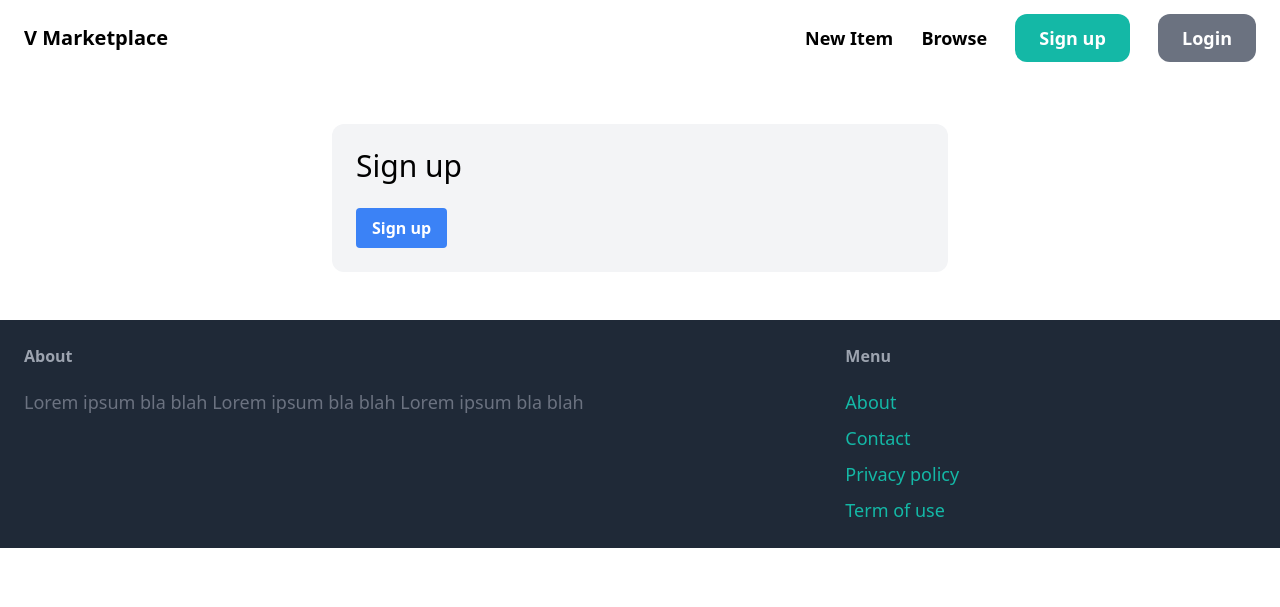
Repository: venu-369/marketplace_django
Page: marketplace/core/templates/core/signup.html
These files come from the project's save history. The page is drawn as it stood at one moment and after the next save; the edit follows.
The browser window is 1280 px wide. The pictures show the whole page.
Some web libraries are served in a nearby version. The template is drawn by Django 4.2. The application's start-up code is not run. Other server files are loaded and not shown. The template is opened directly, without the code that normally fills it, so the values that code supplies are empty.

Above is the page before, as saved 2023-02-06 15:54:02.

### marketplace/core/templates/core/signup.html
{% extends 'core/base.html' %}

{% block title %}Sign up{% endblock %}

{% block content %}
<div class="w-1/2 my-6 mx-auto p-6 bg-gray-100 rounded-xl">
    <h1 class="mb-6 text-3xl">Sign up </h1>

    <form method="post" action=".">
        {% csrf_token %}
        {{ form.as_p }}
        <button type="submit" class="bg-blue-500 hover:bg-blue-700 text-white font-bold py-2 px-4 rounded">Sign up</button>
    </form>
</div>
{% endblock %}

### marketplace/core/templates/core/base.html
<!doctype html>


<html>
    <head>
        <meta charset="utf-8">
        <meta name= "viewport" content="width=device-width, initial-scale=1">

        <script src="https://cdn.tailwindcss.com"></script>

        <title>{% block title %}{% endblock %} | V Marketplace</title>
    </head>

    <body>
        <nav class="py-6 px-6 flex justify-between items-center boreder-b border-gray-200">
            <a href="/" class="text-xl font-semibold">V Marketplace</a>

            <div class="space-x-6">
                <a href="#" class="text-lg font-semibold hover:text-gray-500">New Item</a>
                <a href="#" class="text-lg font-semibold hover:text-gray-500">Browse</a>

                <a href="{% url 'core:signup' %}" class="px-6 py-3 text-lg font-semibold bg-teal-500 text-white rounded-xl hover:bg-teal-600">Sign up</a>
                <a href="#" class="px-6 py-3 text-lg font-semibold bg-gray-500 text-white rounded-xl hover:bg-gray-600">Login</a>
            </div>
        </nav>
        <div class="px-6 py-6">
            {% block content %}
            {% endblock %}
        </div>
        <footer class="py-6 px-6 flex justify-between bg-gray-800">
            <div class="w-2/3 pr-10">
                <h3 class="mb-5 font-semibold text-gray-400">About</h3>
                <p class="text-lg text-gray-500">Lorem ipsum bla blah Lorem ipsum bla blah Lorem ipsum bla blah</p>
            </div>
            <div class="w-1/3 ">
                <h3 class="mb-5 font-semibold text-gray-400">Menu</h3>

                <ul class="space-y-2">
                    <li><a href="#" class="text-lg text-teal-500 hover:text-teal-700">About</a></li>
                    <li><a href="{% url 'core:contact' %}" class="text-lg text-teal-500 hover:text-teal-700">Contact</a></li>
                    <li><a href="#" class="text-lg text-teal-500 hover:text-teal-700">Privacy policy</a></li>
                    <li><a href="#" class="text-lg text-teal-500 hover:text-teal-700">Term of use</a></li>
                </ul>

            </div>
        </footer>
    </body>
</html>

After the next save:
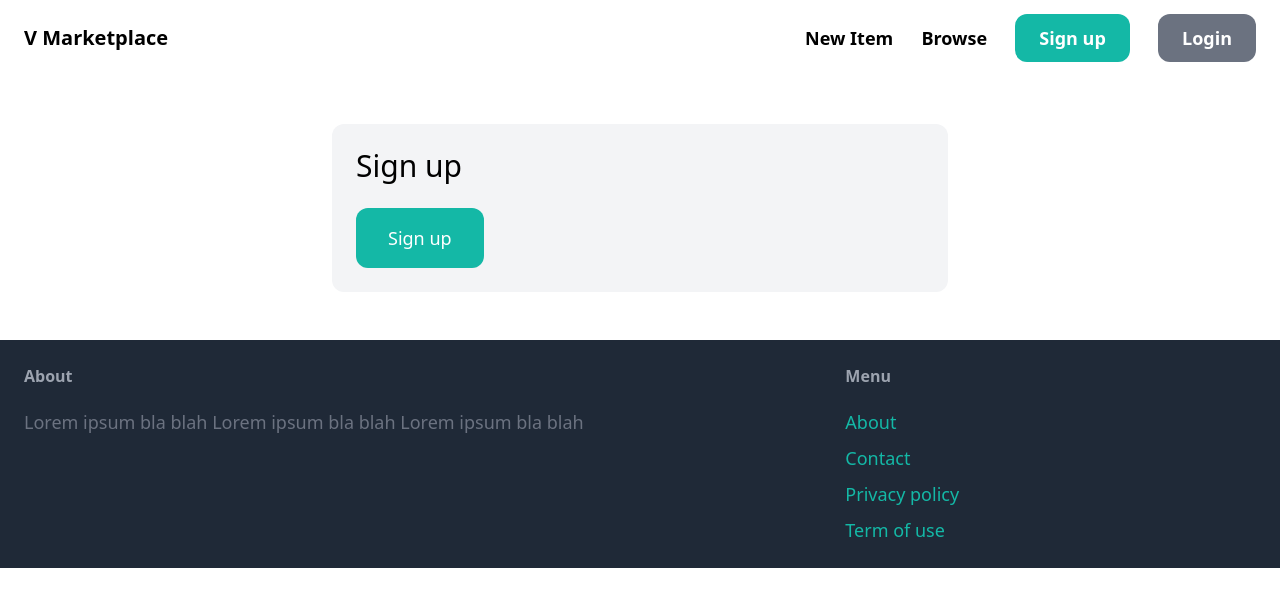
Saved 46 s later.
--- a/marketplace/core/templates/core/signup.html
+++ b/marketplace/core/templates/core/signup.html
@@ -9,7 +9,7 @@
     <form method="post" action=".">
         {% csrf_token %}
         {{ form.as_p }}
-        <button type="submit" class="bg-blue-500 hover:bg-blue-700 text-white font-bold py-2 px-4 rounded">Sign up</button>
+        <button class="py-4 px-8 text-lg bg-teal-500 hover:bg-teal-700 rounded-xl text-white " >Sign up</button>
     </form>
 </div>
 {% endblock %}
